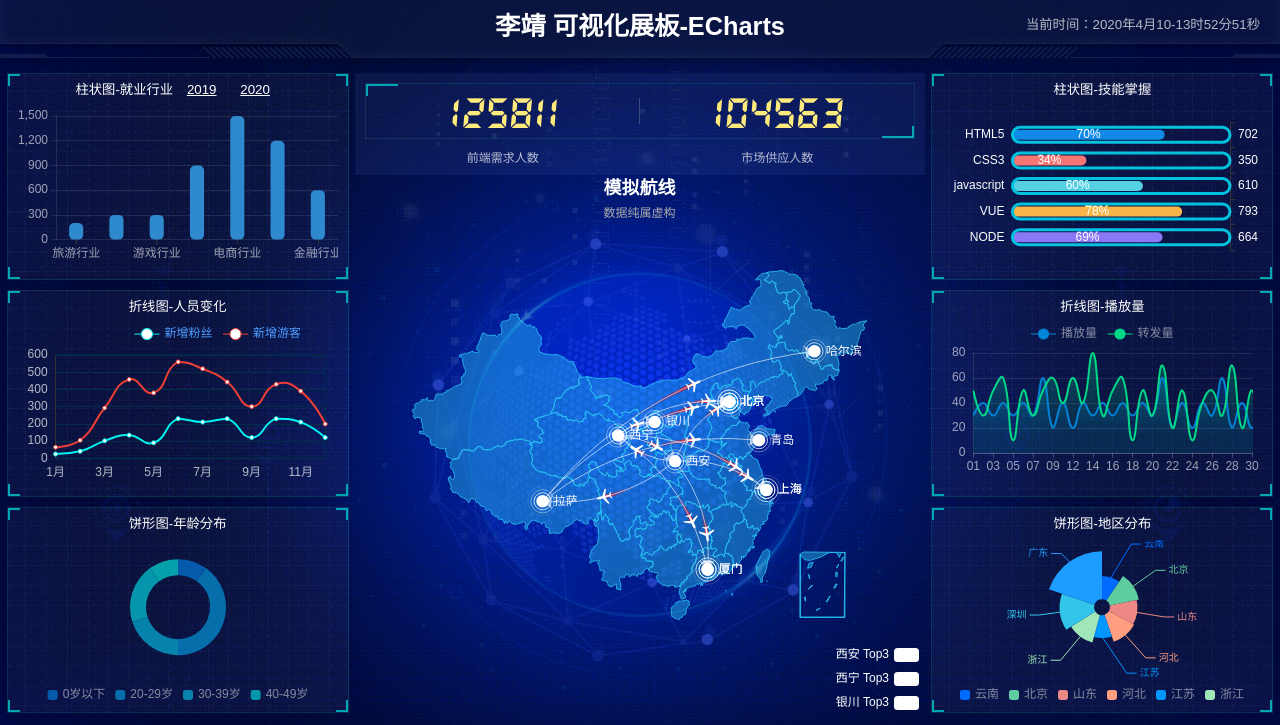
Repository: Jasonlee6789/ECharts
Page: Echarts/index.html
These files come from the project's save history. The page is drawn as it stood at one moment and after the next save; the edit follows.
The browser window is 1280 px wide. The pictures show the whole page.
The style sheet was rebuilt from its Sass, Less or Tailwind sources for each picture, by a compiler version that may differ from the author's.

Above is the page before, as saved 2020-05-22 13:35:56.

After the next save:
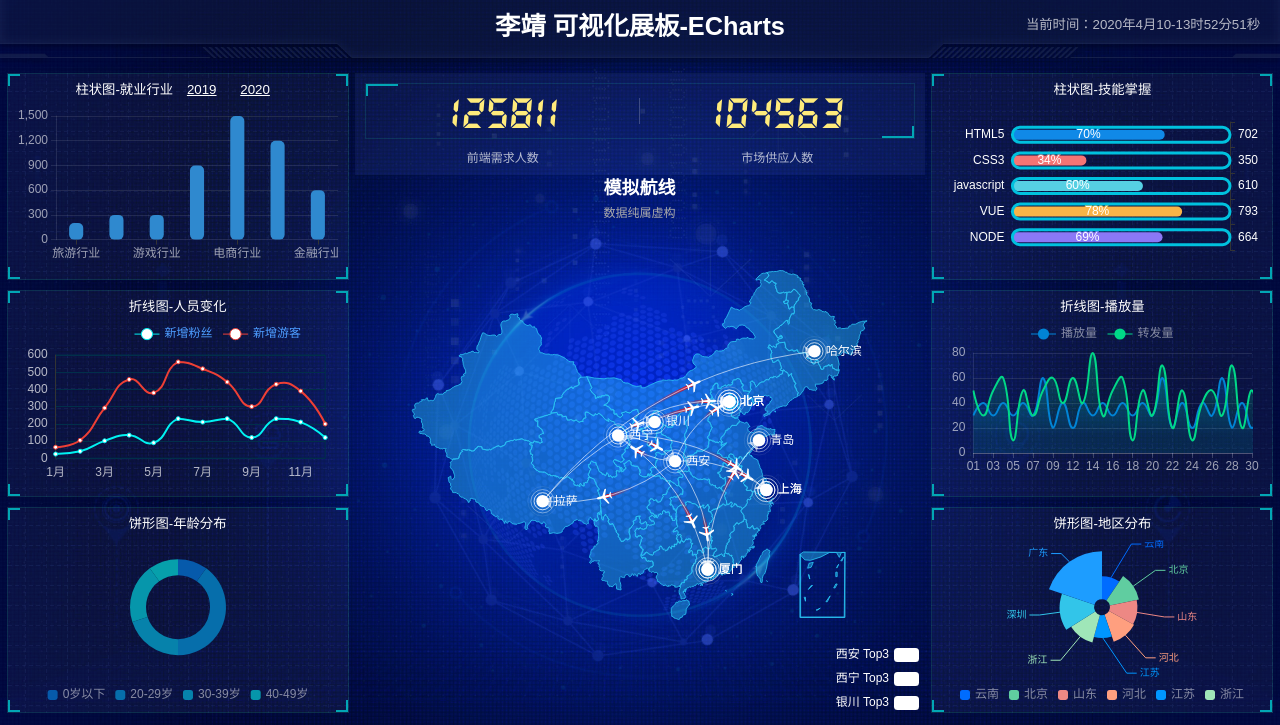
Saved 16 s later.
--- a/Echarts/js/myMap.js
+++ b/Echarts/js/myMap.js
@@ -194,7 +194,7 @@
             value: 100
         }],
         [{
-            name: "拉萨"
+            name: "厦门"
         }, {
             name: "青岛",
             value: 100
